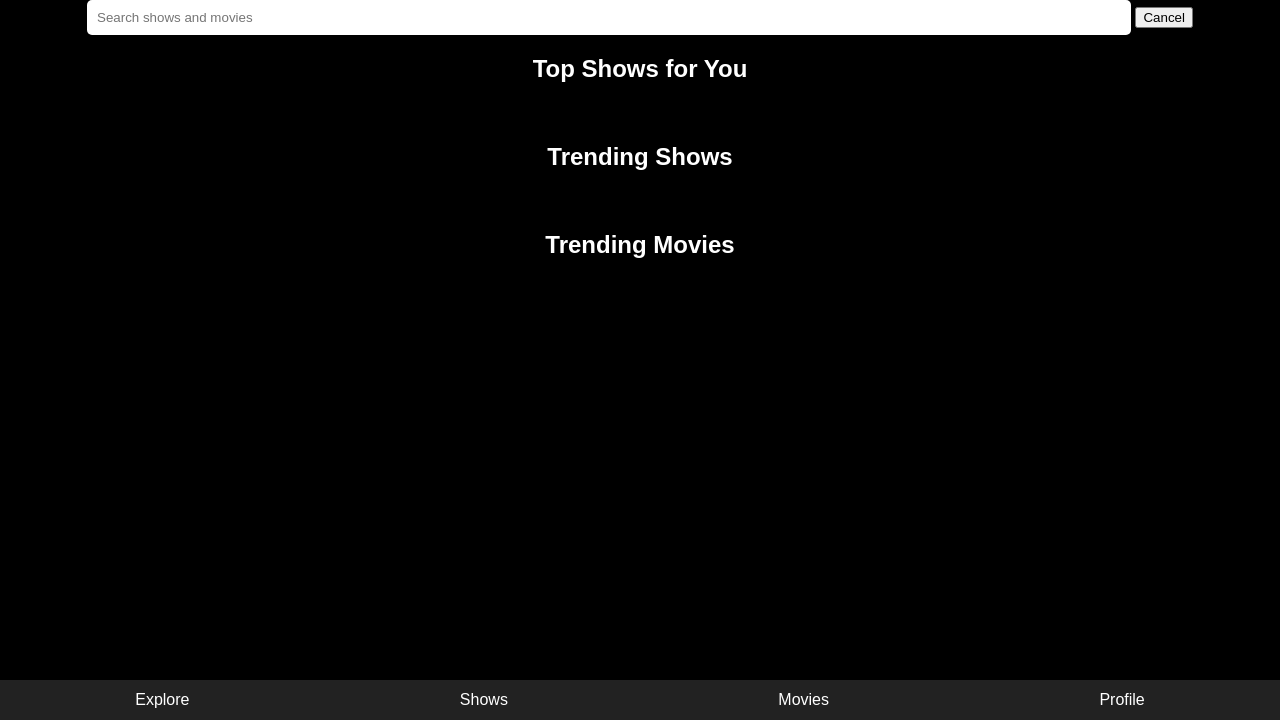
Repository: carson-jenkins-5/tracktv
Page: tracktv/frontend/index.html
The author's editor kept a copy of each file at every save. The page is drawn from the files as they stood at one save, then again after the next save.
The browser window is 1280 px wide. The pictures show the whole page.
The page's requests for data from a server got no answer.

Above is the page before, as saved 2025-03-02 00:15:39.

### tracktv/frontend/index.html
<!DOCTYPE html>
<html lang="en">
<head>
    <meta charset="UTF-8">
    <meta name="viewport" content="width=device-width, initial-scale=1.0">
    <title>TrackTV</title>
    <link rel="stylesheet" href="styles.css">
</head>
<body>

    <!-- Search Bar -->
    <div class="search-bar-container">
        <form id="search-form">
            <input type="text" id="search-input" placeholder="Search shows and movies">
            <button type="button" id="cancel-btn">Cancel</button>
        </form>
    </div>

    <!-- Explore Section -->
    <h2>Top Shows for You</h2>
    <div id="top-shows" class="carousel"></div>

    <h2>Trending Shows</h2>
    <div id="trending-shows" class="carousel"></div>

    <h2>Trending Movies</h2>
    <div id="trending-movies" class="carousel"></div>

    <!-- Navigation Bar -->
    <div id="navbar">
        <button data-page="explore">Explore</button>
        <button data-page="shows">Shows</button>
        <button data-page="movies">Movies</button>
        <button data-page="profile">Profile</button>
    </div>

    <script src="api.js"></script>
    <script src="script.js"></script>
</body>
</html>

### tracktv/frontend/styles.css
body {
    font-family: Arial, sans-serif;
    background-color: black;
    color: white;
    margin: 0;
    padding: 0;
    text-align: center;
}

/* Search Bar */
#search-container {
    padding: 10px;
    background-color: #111;
}

#search-input {
    width: 80%;
    padding: 10px;
    border: none;
    border-radius: 5px;
}

/* SEARCH RESULTS PAGE */
#search-results {
    width: 90%;
    background-color: #000;
    margin: 10px auto;
    border-radius: 8px;
    overflow-y: auto;
    padding: 10px;
}

.search-item {
    display: flex;
    align-items: center;
    padding: 12px;
    border-bottom: 1px solid rgba(255, 255, 255, 0.3);
}

.search-item img {
    width: 60px;
    height: 90px;
    border-radius: 5px;
    margin-right: 15px;
}

.search-info {
    flex-grow: 1;
}

.search-title {
    color: white;
    font-size: 16px;
    font-weight: bold;
    margin: 0;
}

.search-subtitle {
    color: rgba(255, 255, 255, 0.6);
    font-size: 14px;
    margin: 3px 0;
}

.add-button {
    background-color: #008CDA;
    color: white;
    border: none;
    font-size: 18px;
    font-weight: bold;
    width: 36px;
    height: 36px;
    border-radius: 50%;
    cursor: pointer;
    display: flex;
    align-items: center;
    justify-content: center;
}

/* Carousels */
.carousel {
    display: flex;
    overflow-x: auto;
    gap: 10px;
    padding: 10px;
}

/* Navbar */
#navbar {
    position: fixed;
    bottom: 0;
    width: 100%;
    background-color: #222;
    display: flex;
    justify-content: space-around;
    padding: 10px 0;
}

#navbar button {
    background: none;
    border: none;
    color: white;
    font-size: 16px;
    cursor: pointer;
}

### tracktv/frontend/api.js
const API_KEY = "68d6cd9baadb236523ec6497d0e352a5";
const BASE_URL = "https://api.themoviedb.org/3";

// Fetch trending TV shows
async function fetchTrendingShows() {
    const response = await fetch(`${BASE_URL}/tv/popular?api_key=${API_KEY}`);
    const data = await response.json();
    return data.results;
}

// Fetch trending movies
async function fetchTrendingMovies() {
    const response = await fetch(`${BASE_URL}/movie/popular?api_key=${API_KEY}`);
    const data = await response.json();
    return data.results;
}

// Search movies/shows
async function searchMovies(query) {
    const response = await fetch(`${BASE_URL}/search/multi?api_key=${API_KEY}&query=${query}`);
    const data = await response.json();
    return data.results;
}

### tracktv/frontend/script.js
document.addEventListener("DOMContentLoaded", async function () {
  const topShowsContainer = document.getElementById("top-shows");
  const trendingShowsContainer = document.getElementById("trending-shows");
  const trendingMoviesContainer = document.getElementById("trending-movies");

  // Load trending shows
  const trendingShows = await fetchTrendingShows();
  trendingShows.forEach(show => {
      const img = document.createElement("img");
      img.src = `https://image.tmdb.org/t/p/w200${show.poster_path}`;
      img.alt = show.name;
      topShowsContainer.appendChild(img);
  });

  // Load trending movies
  const trendingMovies = await fetchTrendingMovies();
  trendingMovies.forEach(movie => {
      const img = document.createElement("img");
      img.src = `https://image.tmdb.org/t/p/w200${movie.poster_path}`;
      img.alt = movie.title;
      trendingMoviesContainer.appendChild(img);
  });

  document.getElementById("search-form").addEventListener("submit", function (e) {
      e.preventDefault();
      const query = document.getElementById("search-input").value.trim();
      if (query.length > 0) {
          window.location.href = `search.html?q=${encodeURIComponent(query)}`;
      }
  });
  // Cancel button: go back to the previous page
  document.getElementById("cancel-btn").addEventListener("click", function () {
      window.history.back();
  });

  // Navigation
  document.getElementById("navbar").addEventListener("click", function (e) {
      if (e.target.tagName === "BUTTON") {
          alert(`Switching to ${e.target.getAttribute("data-page")} page!`);
      }
  });
});

After the next save:
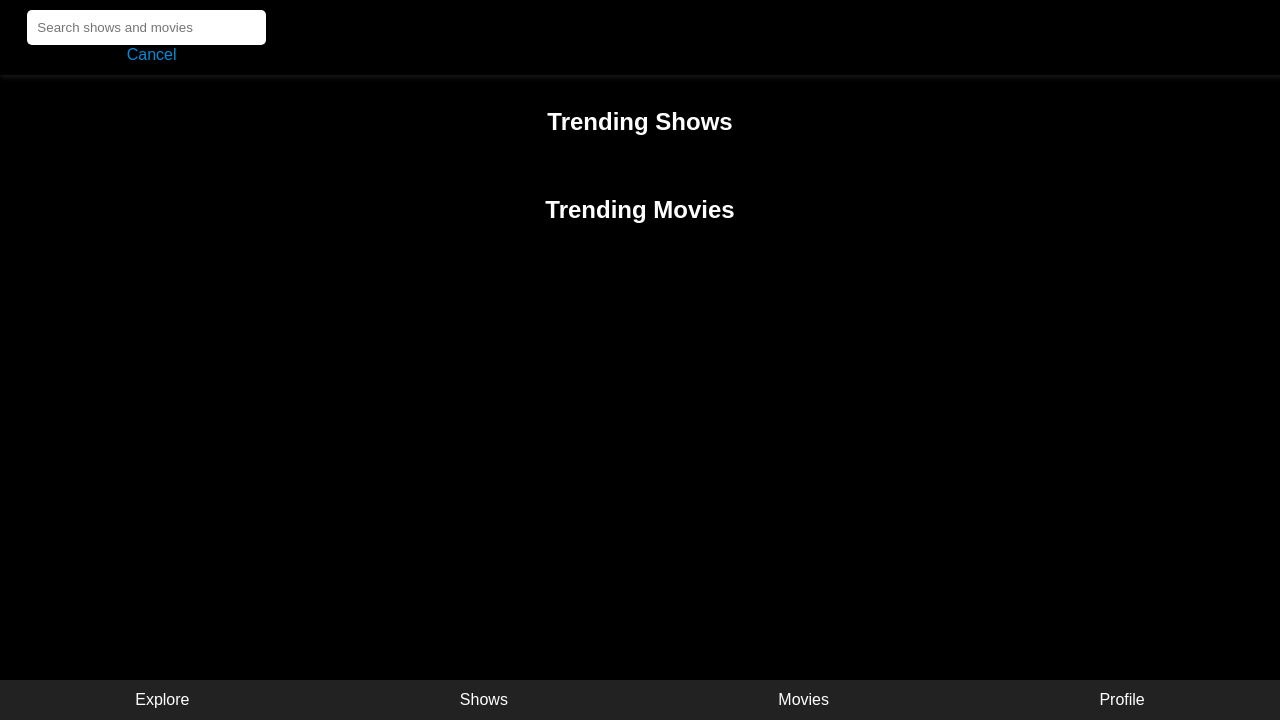
Saved 35 s later.
--- a/tracktv/frontend/styles.css
+++ b/tracktv/frontend/styles.css
@@ -7,10 +7,39 @@ body {
     text-align: center;
 }
 
-/* Search Bar */
-#search-container {
+/* Fixed Search Bar */
+.search-bar-container {
+    position: fixed;
+    top: 0;
+    left: 0;
+    width: 100%;
+    background-color: black;
+    z-index: 1000; /* Stay on top */
+    display: flex;
+    align-items: center;
     padding: 10px;
-    background-color: #111;
+    box-shadow: 0px 2px 5px rgba(255, 255, 255, 0.1);
+}
+
+.search-bar {
+    flex-grow: 1;
+    border: none;
+    background-color: black;
+    color: white;
+    font-size: 16px;
+    padding: 8px 12px;
+    border-bottom: 1px solid rgba(255, 255, 255, 0.3);
+    outline: none;
+}
+
+/* Cancel Button */
+#cancel-btn {
+    background: none;
+    border: none;
+    color: #008CDA;
+    font-size: 16px;
+    margin-left: 10px;
+    cursor: pointer;
 }
 
 #search-input {
